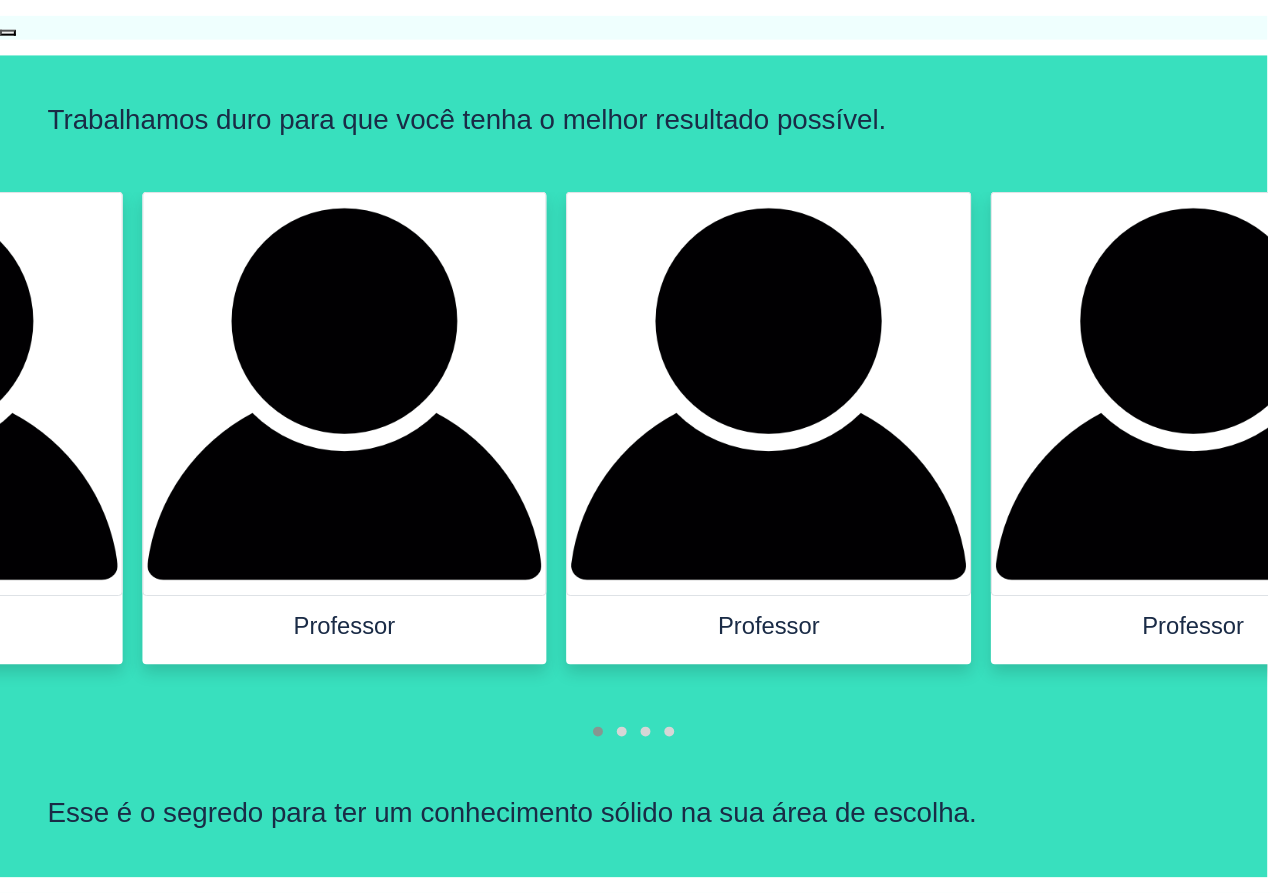
Repository: MarTech-Coders-Planejamento/site-oficial
Page: home.html
An editor plug-in stored every save of this project. The page is shown before and after the next save, followed by the edit.
The browser window is 1280 px wide. The page is 1292 px wide, so the pictures cover 1292 px, including what lies to the right of the window. The pictures show the whole page, at 99% of full size.
Some web fonts or font styles are not loaded; a fallback is used.

Above is the page before, as saved 2021-10-22 23:49:14.

### home.html
<!DOCTYPE html>
<html lang="pt-BR">
  <head>
    <meta charset="UTF-8" />
    <meta http-equiv="X-UA-Compatible" content="IE=edge" />
    <meta name="viewport" content="width=device-width, initial-scale=1.0" />
    <!--Fonts Google-->
    <link
      href="https://fonts.googleapis.com/css2?family=Tomorrow:wght@300;400;700&display=swap"
      rel="stylesheet"
    />

    <!-- Bootstrap CSS -->
    <link
      href="https://cdn.jsdelivr.net/npm/bootstrap@5.1.2/dist/css/bootstrap.min.css"
      rel="stylesheet"
      integrity="sha384-uWxY/CJNBR+1zjPWmfnSnVxwRheevXITnMqoEIeG1LJrdI0GlVs/9cVSyPYXdcSF"
      crossorigin="anonymous"
    />

    <!-- Styles -->
    <link rel="stylesheet" href="./css/home.css" />
    <link
      rel="stylesheet"
      href="https://cdnjs.cloudflare.com/ajax/libs/OwlCarousel2/2.3.4/assets/owl.carousel.min.css"
      integrity="sha512-tS3S5qG0BlhnQROyJXvNjeEM4UpMXHrQfTGmbQ1gKmelCxlSEBUaxhRBj/EFTzpbP4RVSrpEikbmdJobCvhE3g=="
      crossorigin="anonymous"
    />
    <link
      rel="stylesheet"
      href="https://cdnjs.cloudflare.com/ajax/libs/OwlCarousel2/2.3.4/assets/owl.theme.default.min.css"
      integrity="sha512-sMXtMNL1zRzolHYKEujM2AqCLUR9F2C4/05cdbxjjLSRvMQIciEPCQZo++nk7go3BtSuK9kfa/s+a4f4i5pLkw=="
      crossorigin="anonymous"
    />

    <title>Home</title>
  </head>
  <body>
    <div class="container-fluid">
      <!--cabeçalho fluido-->
      <header>
        <nav></nav>
      </header>
      <main>
        <section class="bg-one">
          <!--dobra1-->
          <article>
            <header></header>
            <h1></h1>
            <p></p>
            <figure></figure>
            <button></button>
          </article>
        </section>
        <section class="bg-two">
          <!--dobra2-->
          <article>
            <h2></h2>
            <p></p>
            <figure></figure>
          </article>
        </section>
        <section class="bg-one">
          <!--dobra3-->
          <article>
            <header></header>
            <p></p>
            <figure></figure>
          </article>
        </section>
        <section class="bg-two">
          <!--dobra4-->
          <p class='h3 p-5 '>
            Trabalhamos duro para que você tenha o melhor resultado possível.
          </p>
          <div class="row justify-content-center">
            <div id='slider-container' class="col-12">
              <div class="owl-carousel owl-theme">
                <div class="item mb-4">
                  <div class="card border-0 shadow">
                    <img src="/image/person.png" alt="" class="card-img-top img-thumbnail" />
                    <div class="card-body">
                      <div class="card-title text-center">
                        <h4>Professor</h4>
                      </div>
                    </div>
                  </div>
                </div>

                <div class="item">
                  <div class="card border-0 shadow">
                    <img src="/image/person.png" alt="" class="card-img-top img-thumbnail" />
                    <div class="card-body">
                      <div class="card-title text-center">
                        <h4>Professor</h4>
                      </div>
                    </div>
                  </div>
                </div>
                <div class="item">
                  <div class="card border-0 shadow">
                    <img src="/image/person.png" alt="" class="card-img-top img-thumbnail" />
                    <div class="card-body">
                      <div class="card-title text-center">
                        <h4>Professor</h4>
                      </div>
                    </div>
                  </div>
                </div>
                <div class="item">
                  <div class="card border-0 shadow">
                    <img src="/image/person.png" alt="" class="card-img-top img-thumbnail" />
                    <div class="card-body">
                      <div class="card-title text-center">
                        <h4>Professor</h4>
                      </div>
                    </div>
                  </div>
                </div>
                <div class="item">
                  <div class="card border-0 shadow">
                    <img src="/image/person.png" alt="" class="card-img-top img-thumbnail" />
                    <div class="card-body">
                      <div class="card-title text-center">
                        <h4>Professor</h4>
                      </div>
                    </div>
                  </div>
                </div>
                <div class="item">
                  <div class="card border-0 shadow">
                    <img src="/image/person.png" alt="" class="card-img-top img-thumbnail" />
                    <div class="card-body">
                      <div class="card-title text-center">
                        <h4>Professor</h4>
                      </div>
                    </div>
                  </div>
                </div>
                <div class="item">
                  <div class="card border-0 shadow">
                    <img src="/image/person.png" alt="" class="card-img-top img-thumbnail" />
                    <div class="card-body">
                      <div class="card-title text-center">
                        <h4>Professor</h4>
                      </div>
                    </div>
                  </div>
                </div>
                <div class="item">
                  <div class="card border-0 shadow">
                    <img src="/image/person.png" alt="" class="card-img-top img-thumbnail" />
                    <div class="card-body">
                      <div class="card-title text-center">
                        <h4>Professor</h4>
                      </div>
                    </div>
                  </div>
                </div>
                <div class="item">
                  <div class="card border-0 shadow">
                    <img src="/image/person.png" alt="" class="card-img-top img-thumbnail" />
                    <div class="card-body">
                      <div class="card-title text-center">
                        <h4>Professor</h4>
                      </div>
                    </div>
                  </div>
                </div>
                <div class="item">
                  <div class="card border-0 shadow">
                    <img src="/image/person.png" alt="" class="card-img-top img-thumbnail" />
                    <div class="card-body">
                      <div class="card-title text-center">
                        <h4>Professor</h4>
                      </div>
                    </div>
                  </div>
                </div>
                <div class="item">
                  <div class="card border-0 shadow">
                    <img src="/image/person.png" alt="" class="card-img-top img-thumbnail" />
                    <div class="card-body">
                      <div class="card-title text-center">
                        <h4>Professor</h4>
                      </div>
                    </div>
                  </div>
                </div>
                <div class="item">
                  <div class="card border-0 shadow">
                    <img src="/image/person.png" alt="" class="card-img-top img-thumbnail" />
                    <div class="card-body">
                      <div class="card-title text-center">
                        <h4>Professor</h4>
                      </div>
                    </div>
                  </div>
                </div>
              </div>
            </div>
          </div>
          <p class='h3 p-5 '>
            Esse é o segredo para ter um conhecimento sólido na sua área de
            escolha.
          </p>
        </section>
      </main>

      <footer class="bg-one">
        <!--footer-->
        <article></article>
        <p></p>
      </footer>
    </div>

    <!-- Owl Carousel -->

    <script src="https://cdnjs.cloudflare.com/ajax/libs/jquery/3.6.0/jquery.min.js"></script>

    <!-- Bootstrap Bundle javascript -->
    <script
      src="https://cdn.jsdelivr.net/npm/bootstrap@5.1.2/dist/js/bootstrap.bundle.min.js"
      integrity="sha384-kQtW33rZJAHjgefvhyyzcGF3C5TFyBQBA13V1RKPf4uH+bwyzQxZ6CmMZHmNBEfJ"
      crossorigin="anonymous"
    ></script>

    <!-- Owl Carousel -->

    <script
      src="https://cdnjs.cloudflare.com/ajax/libs/OwlCarousel2/2.3.4/owl.carousel.min.js"
      integrity="sha512-bPs7Ae6pVvhOSiIcyUClR7/q2OAsRiovw4vAkX+zJbw3ShAeeqezq50RIIcIURq7Oa20rW2n2q+fyXBNcU9lrw=="
      crossorigin="anonymous"
    ></script>

    <!-- Slider -->

    <script>
      $(".owl-carousel").owlCarousel({
        loop: true,
        autoplay: true,
        stagePadding: 7,
        margin: 20,
        animateOut: "fadeOut",
        animateIn: "fadeIn",
        nav: true,
        autoplayHoverPause: true,
        navText: [
          "<span class='fa fa-chevron-left'</span>",
          "<span class='fa fa-chevron-right'</span>"
        ],
        responsive: {
          0: {
            items: 1,
            nav:false
          },
          600: {
            items: 2,
            nav:false,
          },
          1000: {
            items: 3,
            nav: true,
            loop: false
          },
        },
      });
    </script>
  </body>
</html>

### css/home.css
:root {
  --bg: #effffe;
  --bg2: #38e0be;
  --texto: #1a2b46;
}
* {
  font-family: "Tomorrow", sans-serif;
}

.container-fluid {
  padding-right: 0;
  padding-left: 0;
  margin-right: auto;
  margin-left: auto;
}

.bg-one {
  background-color: var(--bg);
  color: var(--texto);
}
.bg-two {
  background-color: var(--bg2);
  color: var(--texto);
}

.owl-stage{
  padding: 0;
}

After the next save:
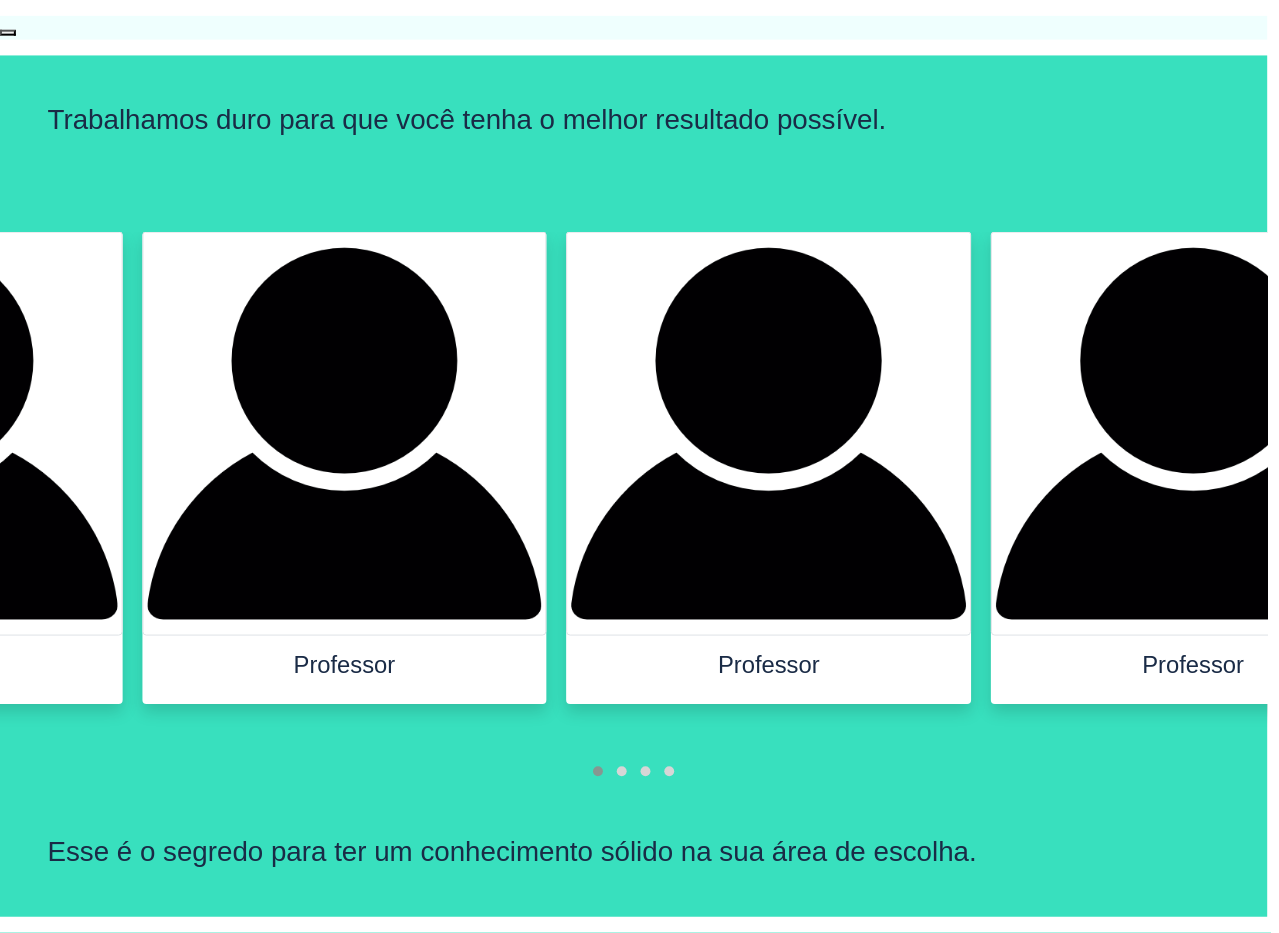
Saved 102 s later.
--- a/home.html
+++ b/home.html
@@ -73,7 +73,7 @@
           <p class='h3 p-5 '>
             Trabalhamos duro para que você tenha o melhor resultado possível.
           </p>
-          <div class="row justify-content-center">
+          <div class="row mt-5">
             <div id='slider-container' class="col-12">
               <div class="owl-carousel owl-theme">
                 <div class="item mb-4">
